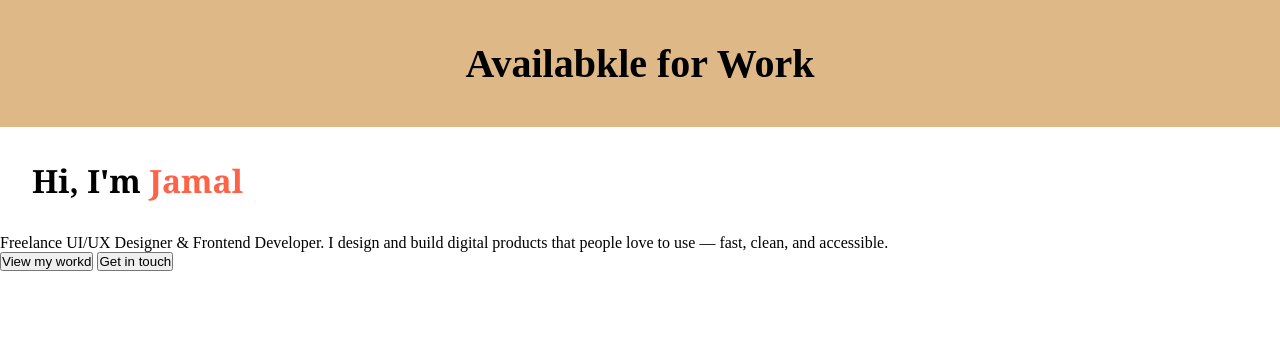
Repository: jamalissef-glitch/exercise1-JS
Page: Exercise33/index.html
These files come from the project's save history. The page is drawn as it stood at one moment and after the next save; the edit follows.
The browser window is 1280 px wide. The pictures show the whole page.

Above is the page before, as saved 2026-07-14 17:41:12.

### Exercise33/index.html
<!DOCTYPE html>
<html lang="en">

<head>
 <meta charset="UTF-8">
 <meta name="viewport" content="width=device-width, initial-scale=1.0">
 <title>DOM</title>
</head>

<style>
 * {
  padding: 0;
  margin: 0;
  box-sizing: border-box;
 }

 h3 {
  background-color: burlywood;
  padding: 2.5rem;
  text-align: center;
  font-size: 2.5rem;
  font-weight: bold;
 }

 #head {
  padding: 2rem;
  font-family: Georgia, 'Times New Roman', Times, serif;
  font-size: 2rem;
 }

 #head em {
  color: tomato;
  font-style: normal;
  font-weight: bold;
 }
</style>

<body>

 <h3>Availabkle for Work</h3>
 <h1 id="head">Hi, I'm <em>Jamal</em></h1>
 <p class="desc">Freelance UI/UX Designer & Frontend Developer. I design and build digital products that people love to
  use — fast,
  clean, and accessible.</p>

 <button>View my workd</button>
 <button>Get in touch</button>


</body>

</html>

After the next save:
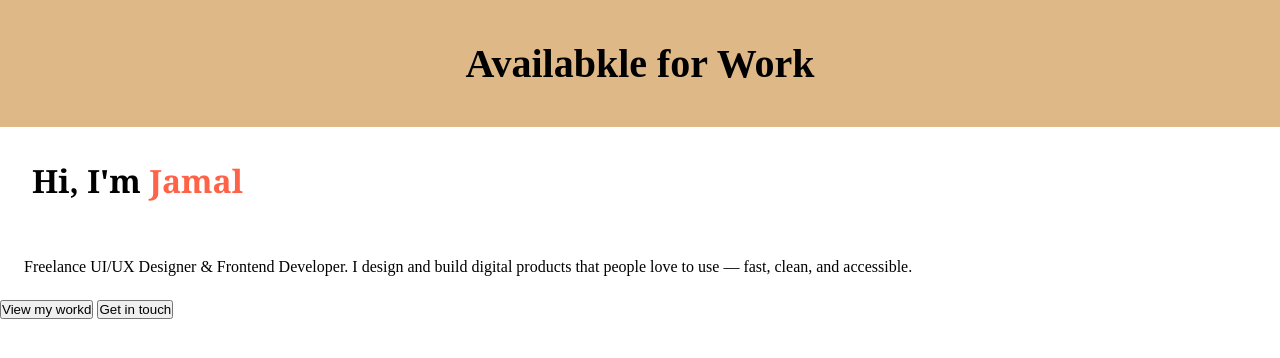
Saved 20 s later.
--- a/Exercise33/index.html
+++ b/Exercise33/index.html
@@ -33,6 +33,10 @@
   font-style: normal;
   font-weight: bold;
  }
+
+ .desc {
+  padding: 1.5rem;
+ }
 </style>
 
 <body>
